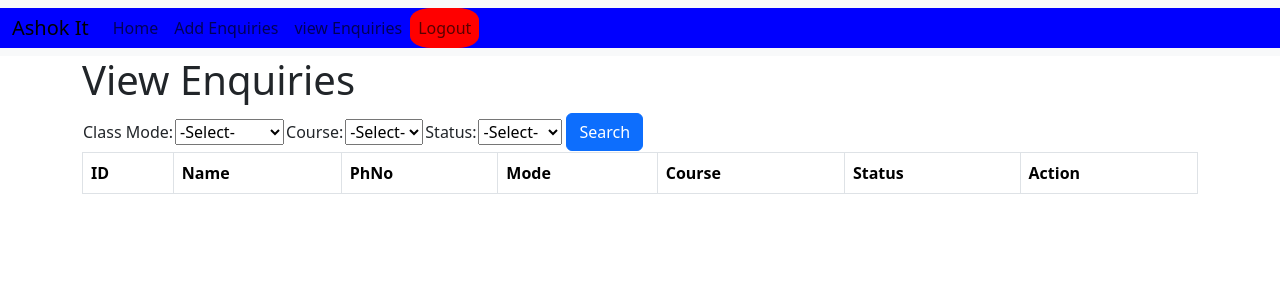
Repository: dibyajyotipanigrahi/Mini-Projects
Page: http://localhost/viewEnquiries
These files come from the project's save history. The page is drawn as it stood at one moment and after the next save; the edit follows.
The browser window is 1280 px wide. The pictures show the whole page.
The page is this project's Thymeleaf template; nobody is signed in. The template is opened directly, without the code that normally fills it, so the values that code supplies are empty.

Above is the page before, as saved 2024-04-26 11:52:27.

### 01-Councellors-Application/src/main/resources/templates/viewEnquiries.html
<!doctype html>
<html lang="en">

<head>
	<meta charset="utf-8">
	<meta name="viewport" content="width=device-width, initial-scale=1">
	<title>View Enquiries</title>
	<link href="https://cdn.jsdelivr.net/npm/bootstrap@5.3.3/dist/css/bootstrap.min.css" rel="stylesheet"
		integrity="sha384-QWTKZyjpPEjISv5WaRU9OFeRpok6YctnYmDr5pNlyT2bRjXh0JMhjY6hW+ALEwIH" crossorigin="anonymous">
</head>

<body>
	<nav class="navbar navbar-expand-lg bg-body-tertiary">
		<div class="container-fluid" style="background-color: blue;">
			<a class="navbar-brand" href="#">Ashok It</a>

			<button class="navbar-toggler" type="button" data-bs-toggle="collapse" data-bs-target="#navbarNav"
				aria-controls="navbarNav" aria-expanded="false" aria-label="Toggle navigation">
				<span class="navbar-toggler-icon"></span>
			</button>
			<div class="collapse navbar-collapse" id="navbarNav">
				<ul class="navbar-nav">
					<li class="nav-item">
						<a class="nav-link" href="dashboard">Home</a>
					</li>

					<li class="nav-item">
						<a class="nav-link" href="enquiry">Add Enquiries</a>
					</li>
					<li class="nav-item">
						<a class="nav-link" href="enquiries">view Enquiries</a>
					</li>
					<li class="nav-item">
						<a class="nav-link" href="logout" style="background-color: red;border-radius: 30%;">Logout</a>
					</li>

				</ul>
			</div>
		</div>
	</nav>
	<div class="container">
		<h1>View Enquiries</h1>



		<form th:object="${Enquiry}" th:action="@{/filter}" method="post">
			<table>


				<tr>
					<td>Class Mode:</td>
					<td>
						<select th:field="*{mode}" >
							<option value="">-Select-</option>
							<option value="classroom">Classsroom</option>
							<option value="online">Online</option>
						</select>
					</td>


					<td>Course:</td>
					<td>
						<select th:field="*{course}" >
							<option value="">-Select-</option>
							<option value="Java">Java</option>
							<option value="Devops">Devops</option>
						</select>
					</td>

					<td>Status:</td>
					<td>
						<select th:field="*{status}" >
							<option value="">-Select-</option>
							<option value="New">New</option>
							<option value="Enrolled">Enrolled</option>
							<option value="Lost">Lost</option>
						</select>
					</td>

						<td></td>
						<td><input type="submit" value="Search" class="btn btn-primary"/></td>
					</tr>
			</table>
		</form>











		<table class="table table-bordered table-striped">
			<thead>
				<tr>
					<th>ID</th>
					<th>Name</th>
					<th>PhNo</th>
					<th>Mode</th>
					<th>Course</th>
					<th>Status</th>
					<th>Action</th>

				</tr>
			</thead>

			<tbody>
				<tr th:each="enq:${enqs}">

					<td th:text="${enq.enqID}"></td>
					<td th:text="${enq.stuName}" />
					<td th:text="${enq.stuPhno}" />
					<td th:text="${enq.mode}" />
					<td th:text="${enq.course}" />
					<td th:text="${enq.status}" />
					<td>
						<a th:href="@{'/edit/'+ ${enq.enqID}}">Edit</a>
					</td>
				</tr>
			</tbody>

		</table>
	</div>
	<script src="https://cdn.jsdelivr.net/npm/bootstrap@5.3.3/dist/js/bootstrap.bundle.min.js"
		integrity="sha384-YvpcrYf0tY3lHB60NNkmXc5s9fDVZLESaAA55NDzOxhy9GkcIdslK1eN7N6jIeHz"
		crossorigin="anonymous"></script>
</body>

</html>

After the next save:
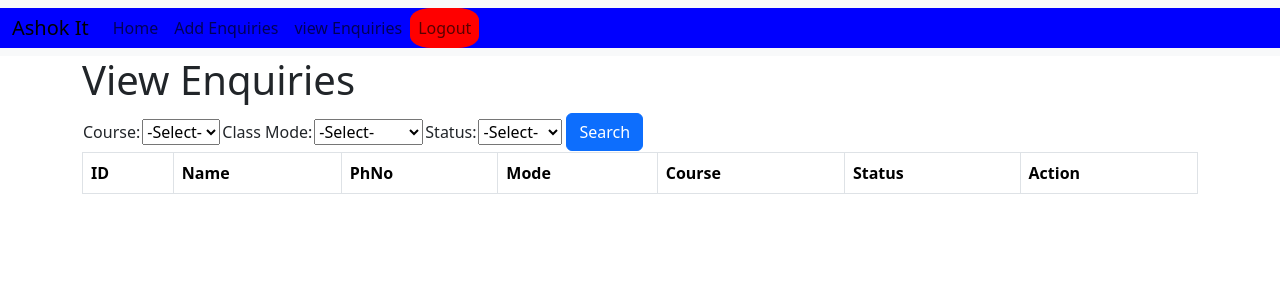
Saved 7 min 29 s later.
--- a/01-Councellors-Application/src/main/resources/templates/viewEnquiries.html
+++ b/01-Councellors-Application/src/main/resources/templates/viewEnquiries.html
@@ -48,6 +48,14 @@
 
 
 				<tr>
+					<td>Course:</td>
+					<td>
+						<select th:field="*{course}" >
+							<option value="">-Select-</option>
+							<option value="Java">Java</option>
+							<option value="Devops">Devops</option>
+						</select>
+					</td>
 					<td>Class Mode:</td>
 					<td>
 						<select th:field="*{mode}" >
@@ -58,14 +66,7 @@
 					</td>
 
 
-					<td>Course:</td>
-					<td>
-						<select th:field="*{course}" >
-							<option value="">-Select-</option>
-							<option value="Java">Java</option>
-							<option value="Devops">Devops</option>
-						</select>
-					</td>
+
 
 					<td>Status:</td>
 					<td>
